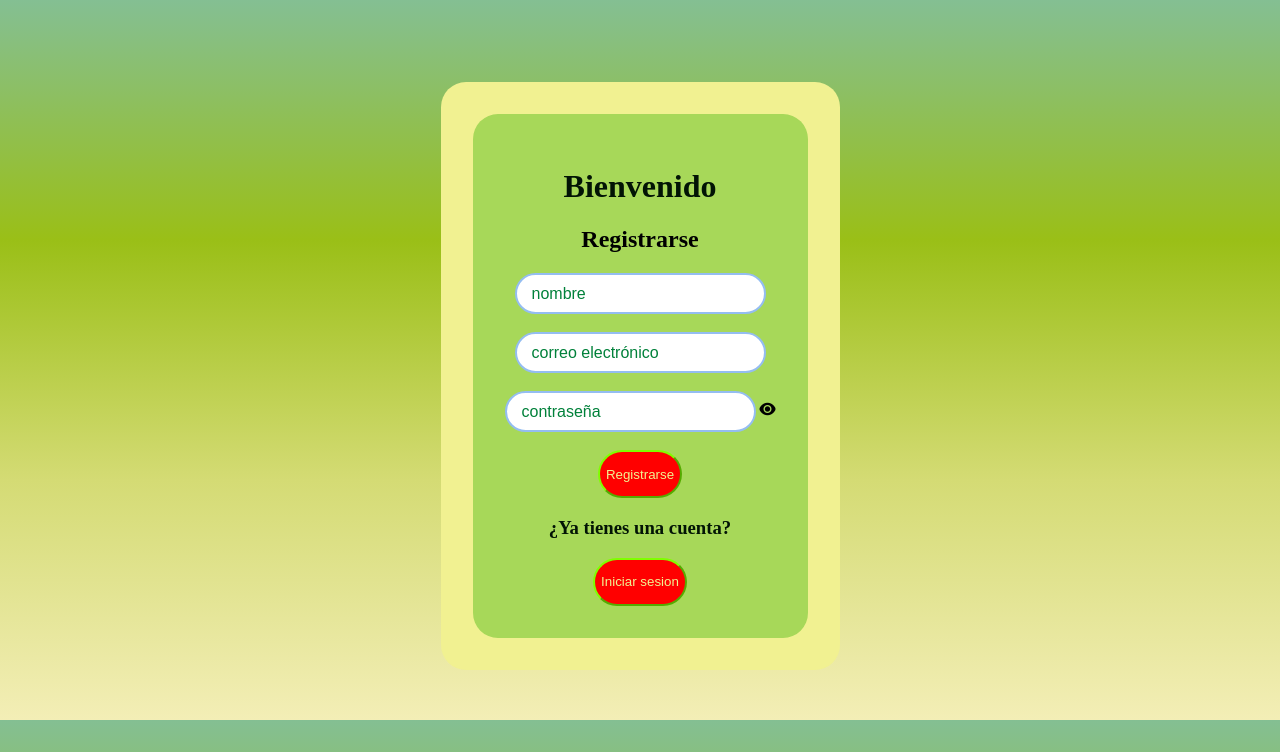
Repository: carrascokarencb37-afk/Nuura
Page: html/registrarse.html
An editor plug-in stored every save of this project. The page is shown before and after the next save, followed by the edit.
The browser window is 1280 px wide. The pictures show the whole page.
Backgrounds fixed to the window are drawn as part of the page. Some web libraries are served in a nearby version.

Above is the page before, as saved 2026-05-28 22:46:50.

After the next save:
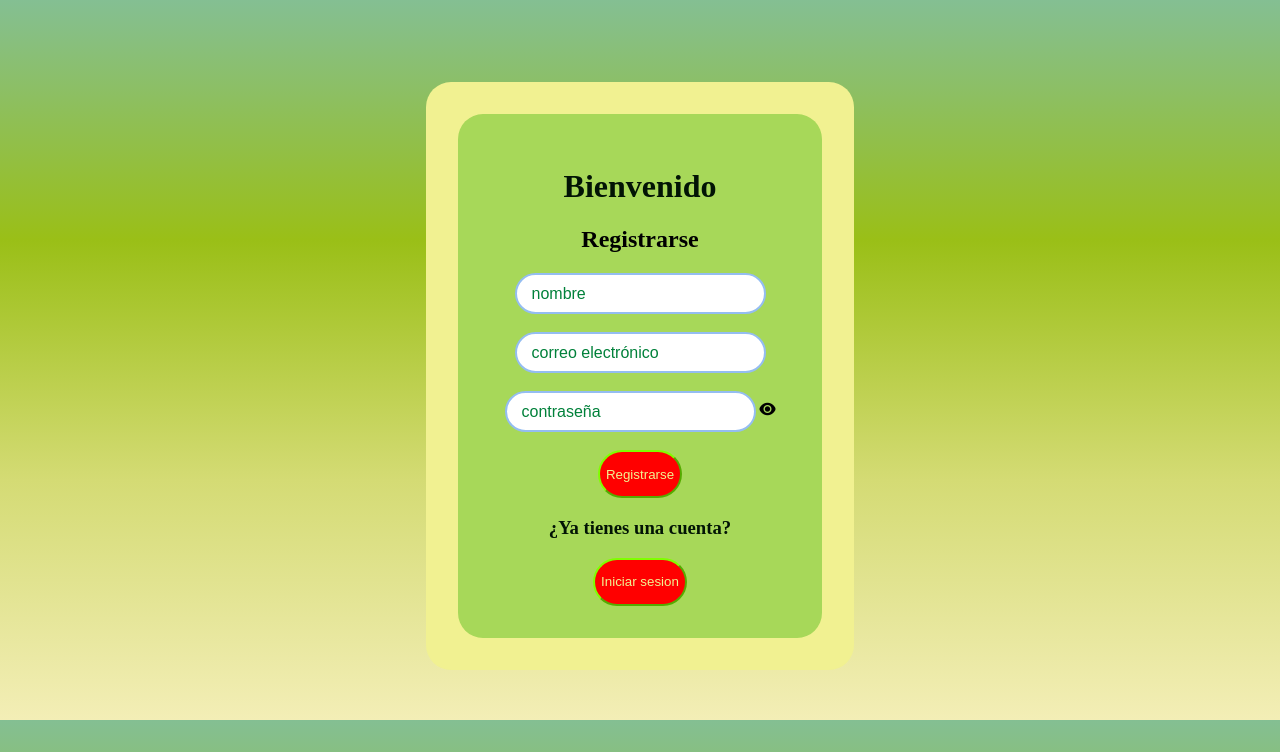
Saved 30 s later.
--- a/css/style.css
+++ b/css/style.css
@@ -37,6 +37,7 @@ body {
     border-radius: 25px;
     background-color: #a7d859;
     padding: 2rem;
+    min-width: 300px;
 }
 .cont h1{
     color: rgb(2, 20, 5);

After the save that followed:
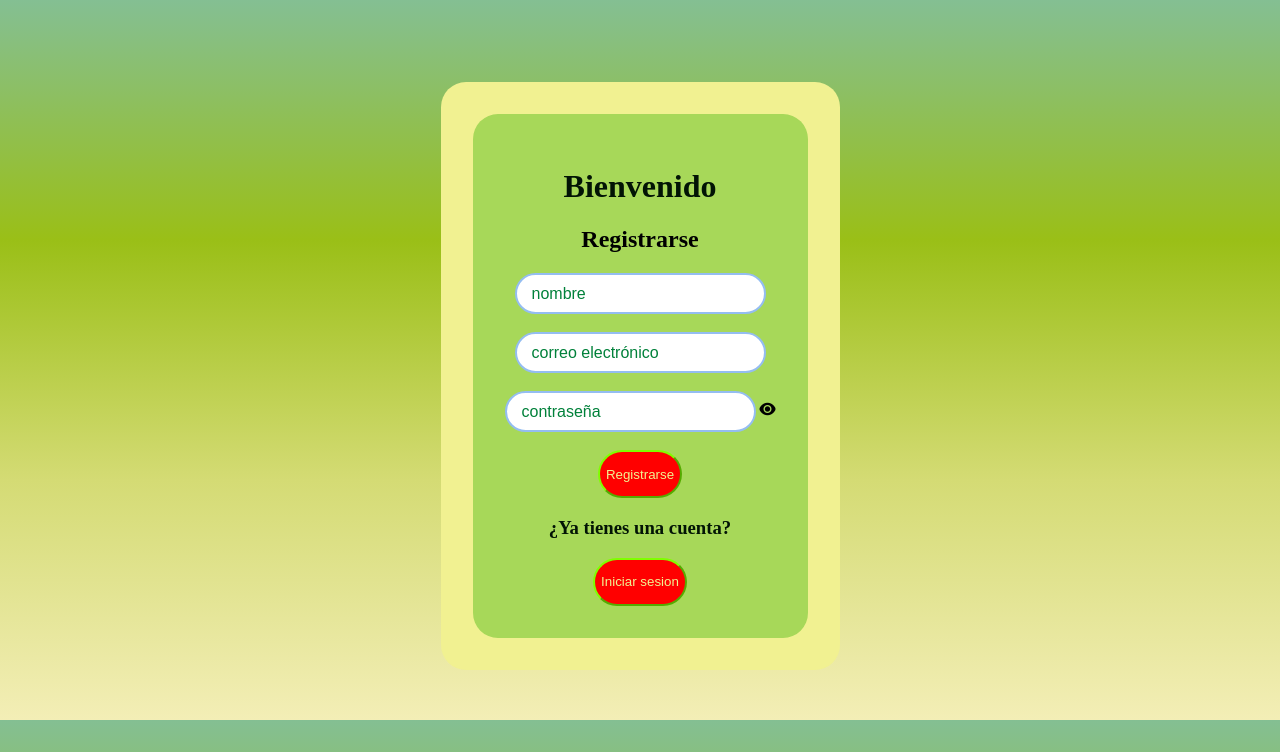
Saved 9 s later.
--- a/css/style.css
+++ b/css/style.css
@@ -37,7 +37,7 @@ body {
     border-radius: 25px;
     background-color: #a7d859;
     padding: 2rem;
-    min-width: 300px;
+    min-width: 70%;
 }
 .cont h1{
     color: rgb(2, 20, 5);
